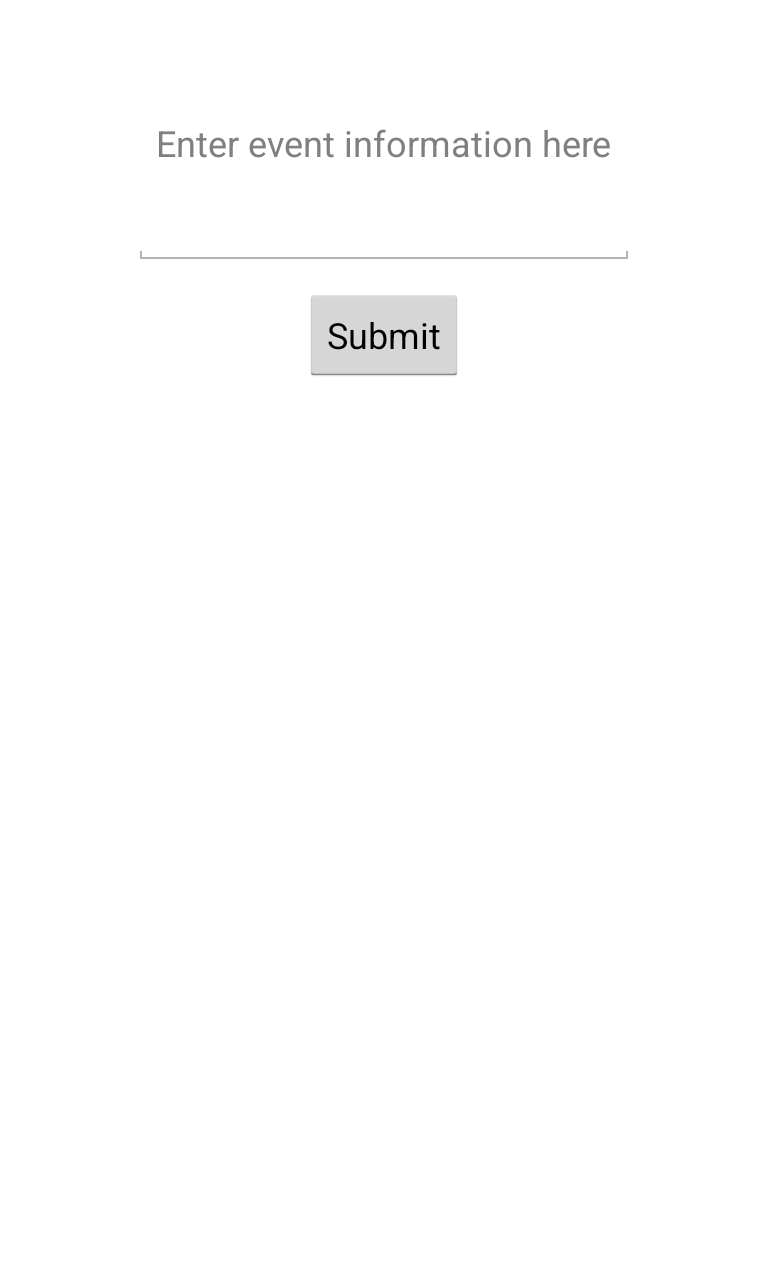
Repository: valleskeyp/Hive6Sample
Layout: NotificationSample/res/layout/activity_main.xml
These files come from the project's save history. The layout is drawn as it stood at one moment and after the next save; the edit follows.
It is drawn on a 768 x 1280 px phone screen (xhdpi) without system bars, with theme AppTheme; the app's code is not run.

Above is the layout before, as saved 2014-01-14 20:32:20.

After the next save:
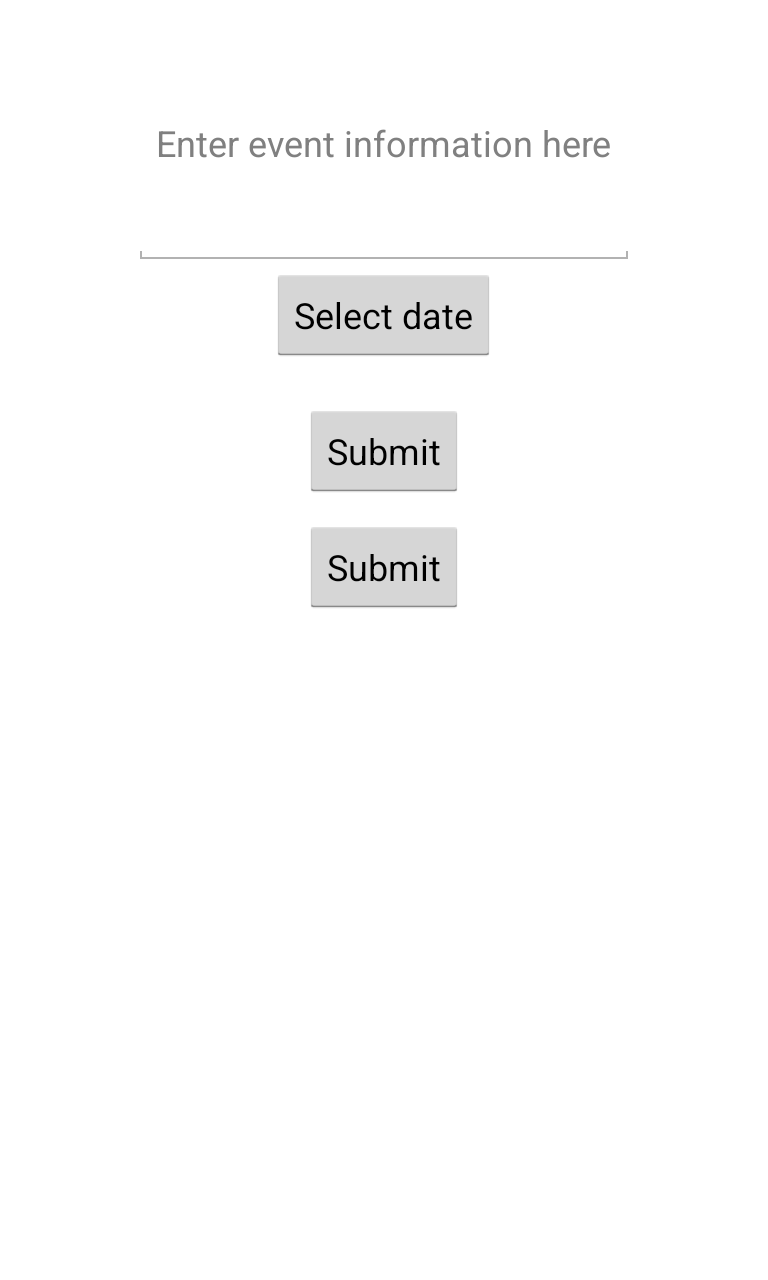
Saved 5 min 49 s later.
--- a/NotificationSample/res/layout/activity_main.xml
+++ b/NotificationSample/res/layout/activity_main.xml
@@ -1,6 +1,5 @@
 <LinearLayout xmlns:android="http://schemas.android.com/apk/res/android"
     xmlns:tools="http://schemas.android.com/tools"
-    android:id="@+id/create_layout"
     android:layout_width="fill_parent"
     android:layout_height="fill_parent"
     android:orientation="vertical"
@@ -14,6 +13,34 @@
         android:layout_gravity="center_horizontal"
         android:id="@+id/eventInfo"
         android:hint="Enter event information here" />
+
+    <LinearLayout
+        android:layout_width="wrap_content"
+        android:layout_height="wrap_content"
+        android:orientation="horizontal"
+        android:layout_gravity="center_horizontal">
+
+        <Button
+            android:id="@+id/submit"
+            android:layout_width="wrap_content"
+            android:layout_height="wrap_content"
+            android:layout_gravity="center_horizontal"
+            android:layout_marginTop="10dp"
+            android:text="Select date" />
+
+        <TextView
+            android:layout_width="wrap_content"
+            android:layout_height="wrap_content" />
+
+    </LinearLayout>
+
+    <Button
+        android:layout_marginTop="10dp"
+        android:layout_gravity="center_horizontal"
+        android:id="@+id/submit"
+        android:layout_width="wrap_content"
+        android:layout_height="wrap_content"
+        android:text="Submit" />
     <Button
         android:layout_marginTop="10dp"
         android:layout_gravity="center_horizontal"
